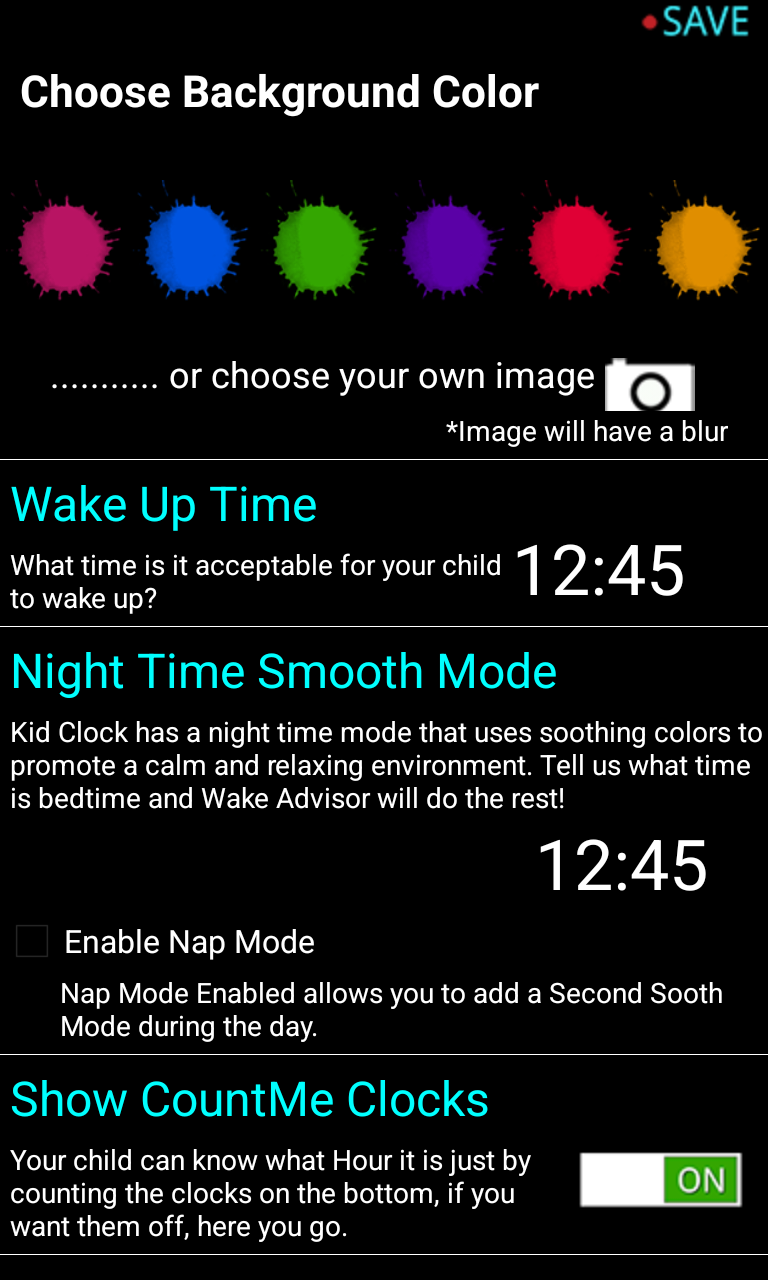
Repository: DinkyDetailsLLC/ADP2
Layout: WakeTimerforKids/res/layout/preferences.xml
An editor plug-in stored every save of this project. The layout is shown before and after the next save, followed by the edit.
It is drawn on a 768 x 1280 px phone screen (xhdpi) without system bars, with theme AppTheme; the app's code is not run.

Above is the layout before, as saved 2014-02-13 02:25:05.

After the next save:
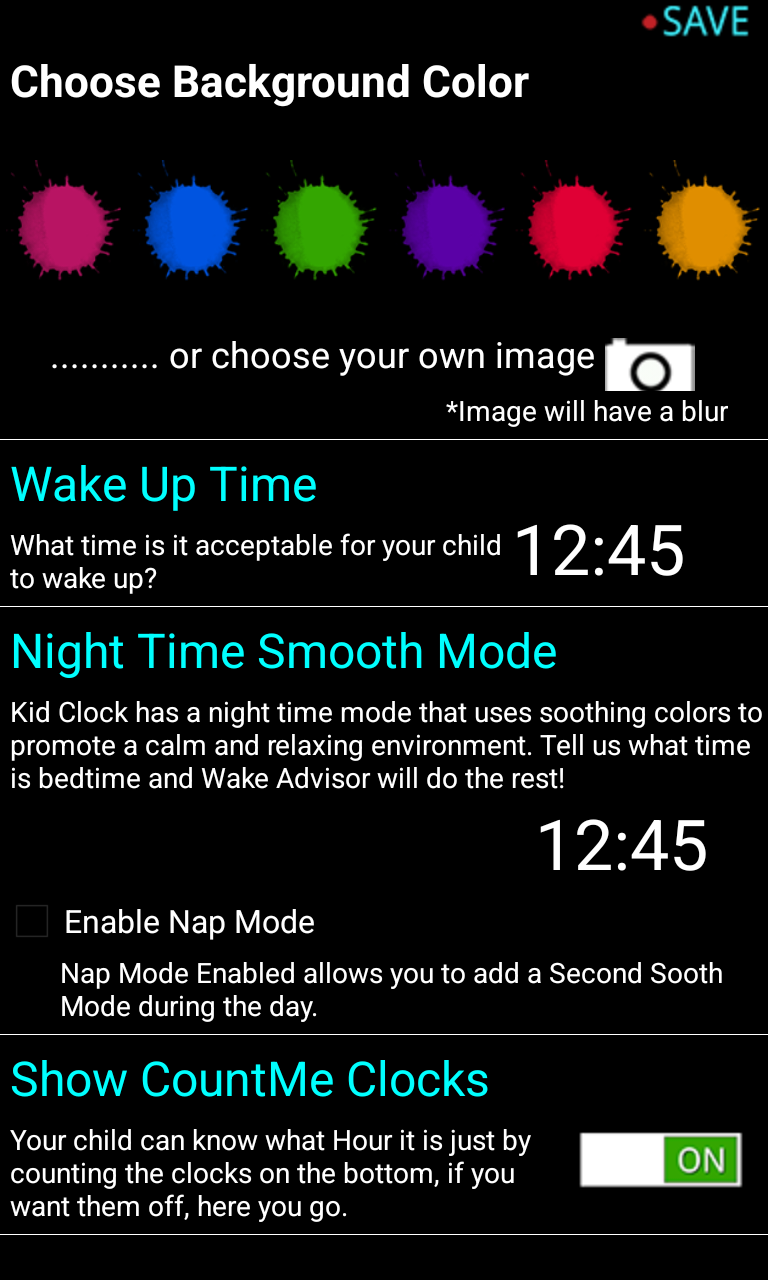
Saved 5 min 50 s later.
--- a/WakeTimerforKids/res/layout/preferences.xml
+++ b/WakeTimerforKids/res/layout/preferences.xml
@@ -29,7 +29,7 @@
             android:id="@+id/textView1"
             android:layout_width="wrap_content"
             android:layout_height="wrap_content"
-            android:layout_margin="10dp"
+            android:layout_margin="5dp"
             android:text="@string/choose_color"
             android:textAppearance="?android:attr/textAppearanceLarge"
             android:textColor="@android:color/white"

After the save that followed:
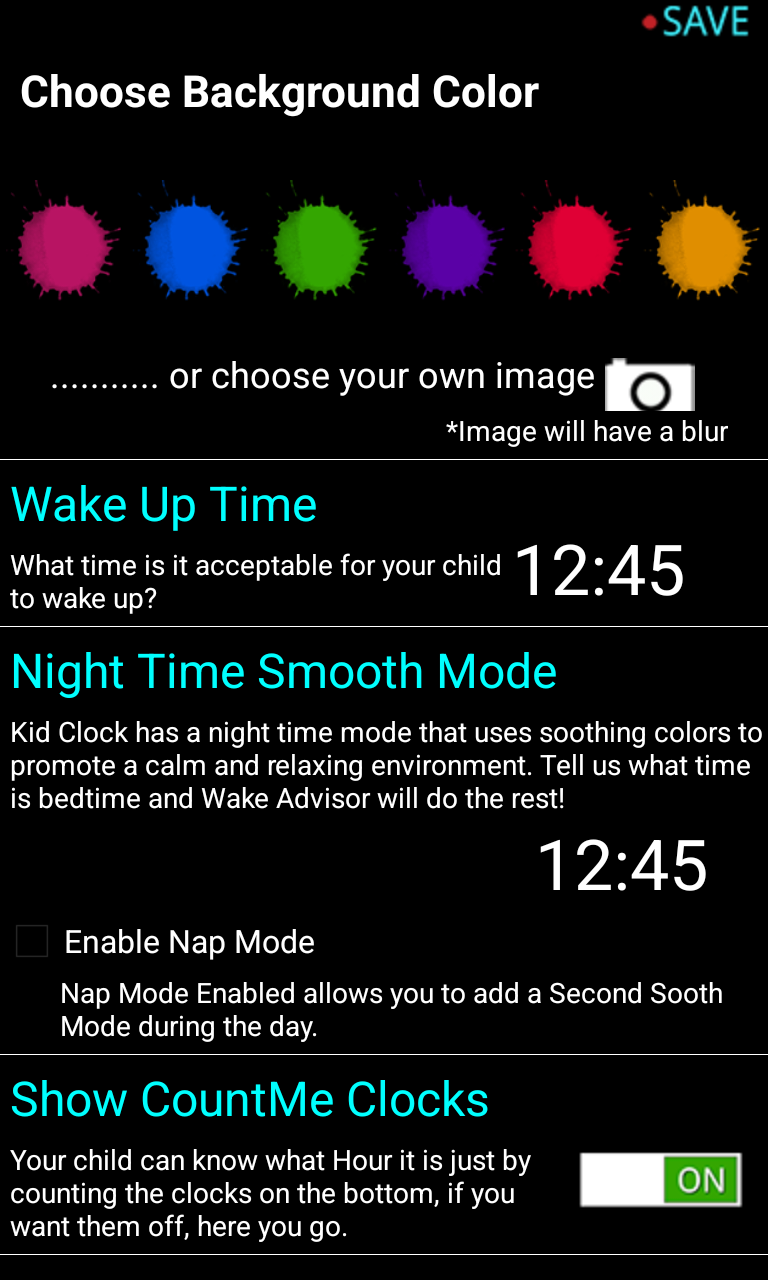
Saved 49 s later.
--- a/WakeTimerforKids/res/layout/preferences.xml
+++ b/WakeTimerforKids/res/layout/preferences.xml
@@ -29,7 +29,8 @@
             android:id="@+id/textView1"
             android:layout_width="wrap_content"
             android:layout_height="wrap_content"
-            android:layout_margin="5dp"
+            android:layout_margin="10dp"
+            android:layout_marginBottom="2dp"
             android:text="@string/choose_color"
             android:textAppearance="?android:attr/textAppearanceLarge"
             android:textColor="@android:color/white"
